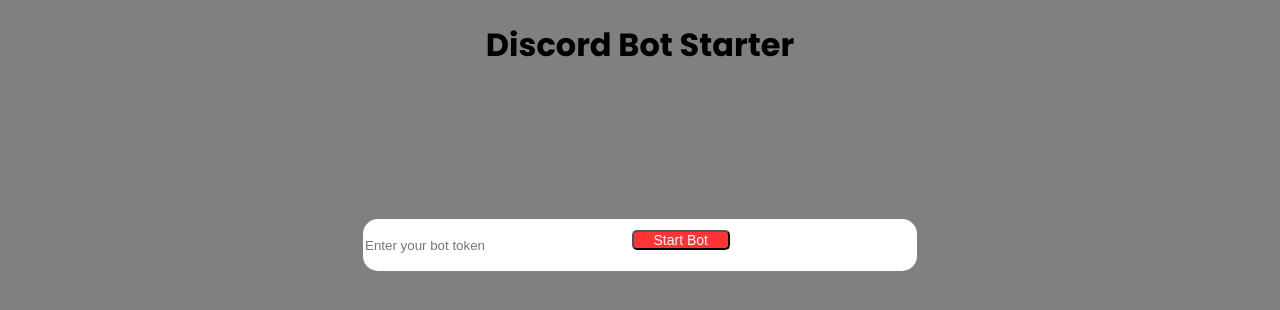
Repository: ranger2202/discord-bot-panel
Page: ranger-bot-runner/app/templates/landing.html
The author's editor kept a copy of each file at every save. The page is drawn from the files as they stood at one save, then again after the next save.
The browser window is 1280 px wide. The pictures show the whole page.

Above is the page before, as saved 2023-12-30 12:12:33.

After the next save:
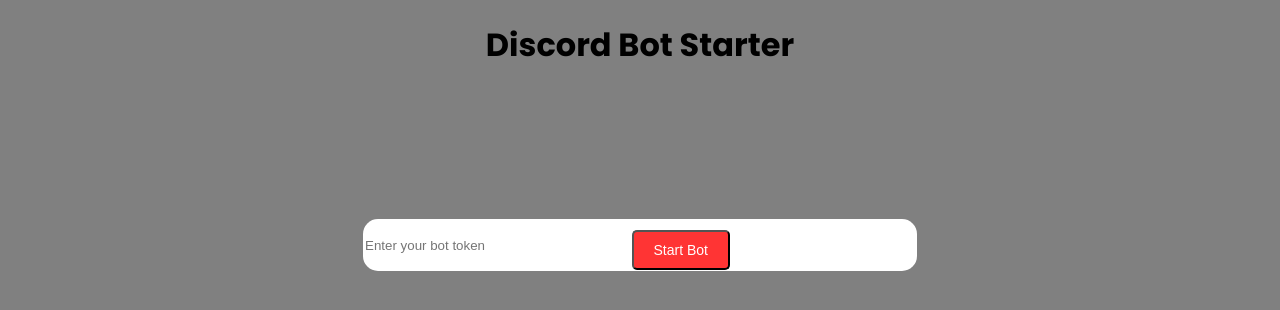
Saved 6 s later.
--- a/ranger-bot-runner/app/static/landing.css
+++ b/ranger-bot-runner/app/static/landing.css
@@ -9,7 +9,7 @@
     right: 550px;
     top: 230px;
     display: inline-block;
-    padding: 0px 20px;
+    padding: 10px 20px;
     font-size: 14px;
     text-decoration: none;
     color: #ffffff;
